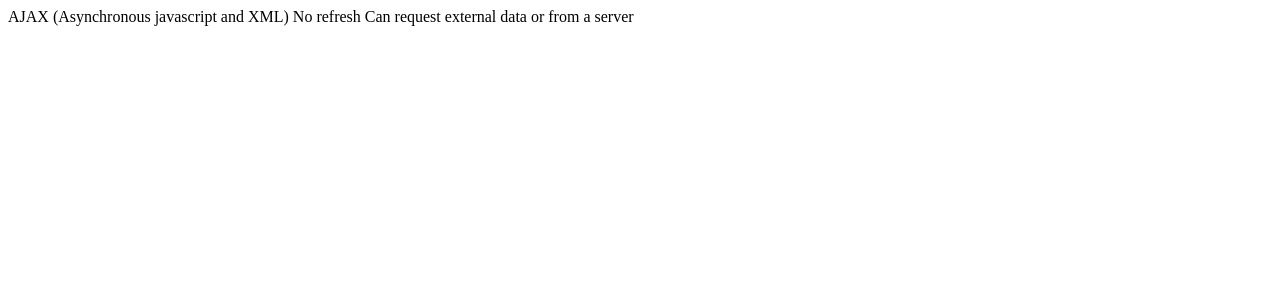
Repository: hsumyatm7308/jsonbatch1
Page: jsonbatch1/l12getjsondatabylocal.html
These files come from the project's save history. The page is drawn as it stood at one moment and after the next save; the edit follows.
The browser window is 1280 px wide. The pictures show the whole page.

Above is the page before, as saved 2023-11-23 22:11:02.

### jsonbatch1/l12getjsondatabylocal.html
<!DOCTYPE html>
<html>

<head>

</head>

<body>

    <script type="text/javascript">




        const info = {"coord":{"lon":96.0916,"lat":21.9641},"weather":[{"id":800,"main":"Clear","description":"clear sky","icon":"01n"}],"base":"stations","main":{"temp":294.21,"feels_like":294.56,"temp_min":294.21,"temp_max":294.21,"pressure":1013,"humidity":84,"sea_level":1013,"grnd_level":1004},"visibility":10000,"wind":{"speed":0.5,"deg":12,"gust":1.04},"clouds":{"all":2},"dt":1700753032,"sys":{"type":1,"id":9315,"country":"MM","sunrise":1700697141,"sunset":1700736703},"timezone":23400,"id":1311874,"name":"Mandalay","cod":200}
        console.log(info)
        console.log(info.weather)
        console.log(info.weather[0]['main'])
        console.log(info.wind.speed)



    </script>
</body>

</html>

AJAX (Asynchronous javascript and XML)
No refresh
Can request external data or from a server

After the next save:
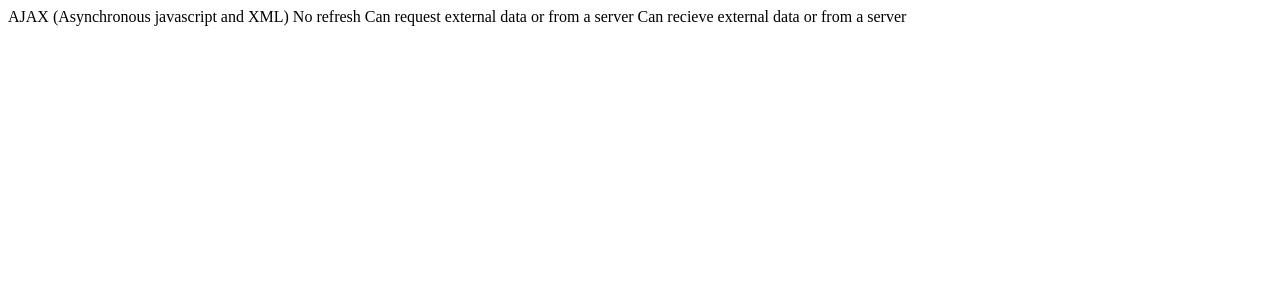
Saved 13 s later.
--- a/jsonbatch1/l12getjsondatabylocal.html
+++ b/jsonbatch1/l12getjsondatabylocal.html
@@ -28,3 +28,4 @@
 AJAX (Asynchronous javascript and XML)
 No refresh
 Can request external data or from a server
+Can recieve external data or from a server
